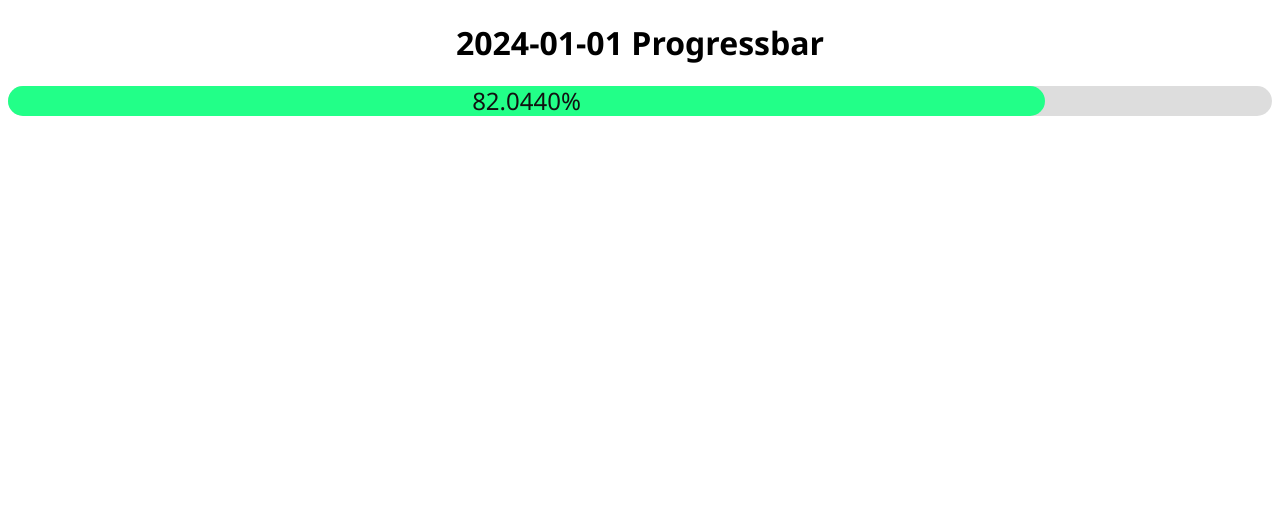
Repository: end888160/end888160.github.io
Page: progress_clock.html
The author's editor kept a copy of each file at every save. The page is drawn from the files as they stood at one save, then again after the next save.
The browser window is 1280 px wide. The pictures show the whole page.

Above is the page before, as saved 2024-09-22 13:33:46.

After the next save:
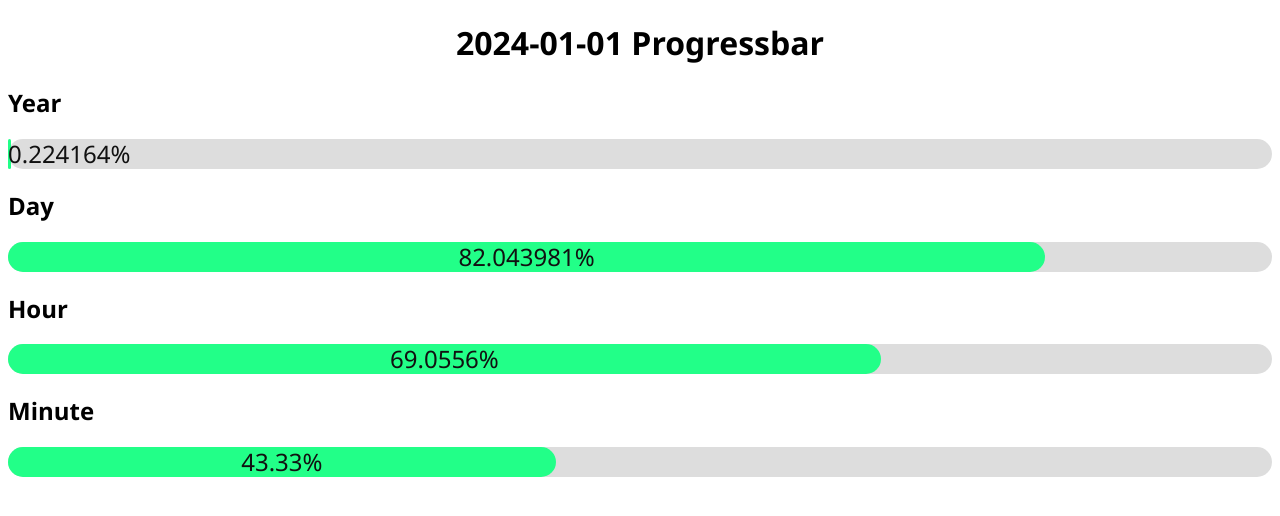
Saved 11 s later.
--- a/progress_clock.html
+++ b/progress_clock.html
@@ -48,12 +48,47 @@
 
 <h1 id="caption" style="text-align: center;"></h1>
 
+<h2>Year</h2>
+<div id="year" class="countDownProgress">
+	<div id="Year" class="countDownBar"></div>
+</div>
+<script>
+	var i=0
+function progress() {
+	if (i == 0) {
+		i = 1;
+		var elem = document.getElementById("Year");
+		var width = 0;
+		function frame() {
+			var countDownTarget = new Date().getFullYear() + 1;
+			var empty = ( new Date().getTime() - new Date("Jan 1, " + ( countDownTarget - 1) + " 00:00:00"))
+			var full = ( new Date("Jan 1, " + countDownTarget + " 00:00:00").getTime() - new Date("Jan 1, " + ( countDownTarget - 1) + " 00:00:00"))/100
+
+			if (( empty / full ) >= 100) {
+				clearInterval(id);
+				i = 0;
+			} else {
+				elem.style.width = ( empty / full ).toFixed(6) + "%";
+				elem.innerHTML = ( empty / full ).toFixed(6)  + "%";
+			}
+		}
+
+	setInterval(frame, 50);
+	}
+
+}
+function count() {
+	progress();
+	setTimeout(count, 1)
+}
+count()
+</script>
+
+
+<h2>Day</h2>
 <div id="day" class="countDownProgress">
 	<div id="Day" class="countDownBar"></div>
 </div>
-
-<br>
-
 <script>
 	var i=0
 function progress() {
@@ -78,6 +113,42 @@ function progress() {
 				i = 0;
 			} else {
 				document.getElementById("caption").innerHTML = year + "-" + month + "-" + day + " Progressbar";
+				elem.style.width = ( empty / full ).toFixed(6) + "%";
+				elem.innerHTML = ( empty / full ).toFixed(6)  + "%";
+			}
+		}
+
+	setInterval(frame, 50);
+	}
+
+}
+function count() {
+	progress();
+	setTimeout(count, 1)
+}
+count()
+</script>
+
+
+<h2>Hour</h2>
+<div id="hour" class="countDownProgress">
+	<div id="Hour" class="countDownBar"></div>
+</div>
+<script>
+	var i=0
+function progress() {
+	if (i == 0) {
+		i = 1;
+		var elem = document.getElementById("Hour");
+		var width = 0;
+		function frame() {
+			var empty = ( new Date().getMinutes() * 60000 + new Date().getSeconds() * 1000 + new Date().getMilliseconds())
+			var full = 36000
+
+			if (( empty / full ) >= 100) {
+				clearInterval(id);
+				i = 0;
+			} else {
 				elem.style.width = ( empty / full ).toFixed(4) + "%";
 				elem.innerHTML = ( empty / full ).toFixed(4)  + "%";
 			}
@@ -91,9 +162,44 @@ function count() {
 	progress();
 	setTimeout(count, 1)
 }
-
-count()
-</script>
+count()
+</script>
+
+<h2>Minute</h2>
+<div id="minute" class="countDownProgress">
+	<div id="Minute" class="countDownBar"></div>
+</div>
+<script>
+	var i=0
+function progress() {
+	if (i == 0) {
+		i = 1;
+		var elem = document.getElementById("Minute");
+		var width = 0;
+		function frame() {
+			var empty = (new Date().getSeconds() * 1000 + new Date().getMilliseconds())
+			var full = 600
+
+			if (( empty / full ) >= 100) {
+				clearInterval(id);
+				i = 0;
+			} else {
+				elem.style.width = ( empty / full ).toFixed(2) + "%";
+				elem.innerHTML = ( empty / full ).toFixed(2)  + "%";
+			}
+		}
+
+	setInterval(frame, 50);
+	}
+
+}
+function count() {
+	progress();
+	setTimeout(count, 1)
+}
+count()
+</script>
+
 
 </body>
 </html>
